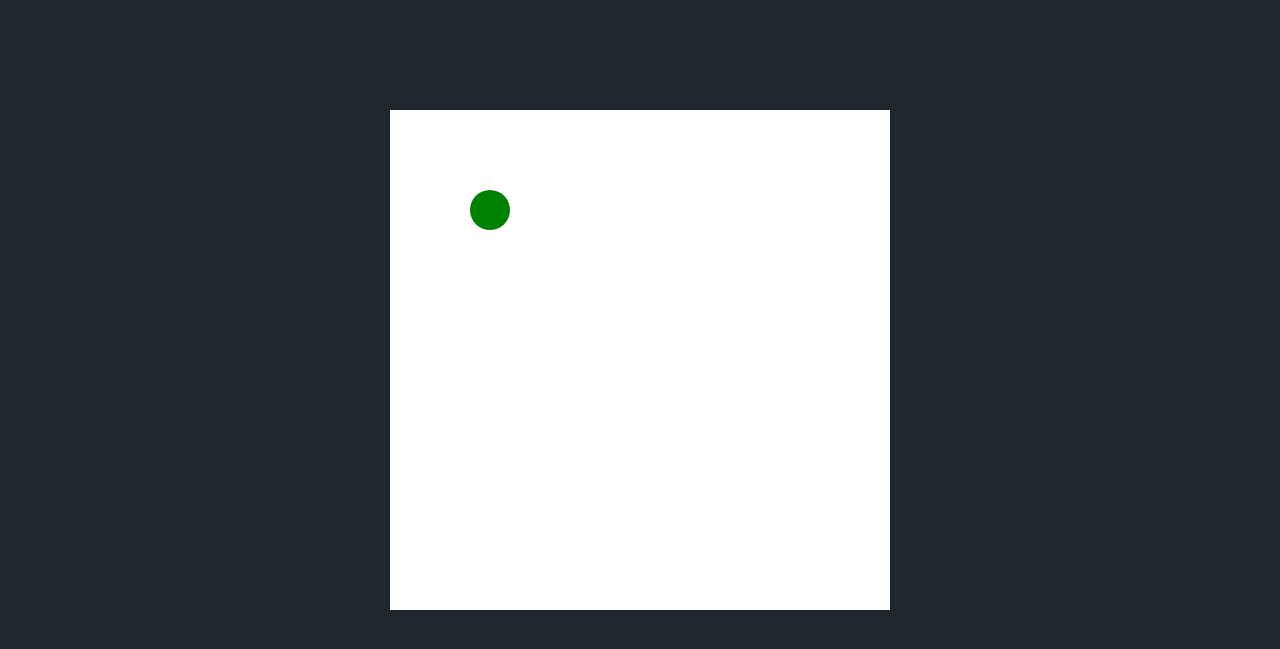
Repository: thecodeholic/cst-javascript-course
Page: /
The author's editor kept a copy of each file at every save. The page is drawn from the files as they stood at one save, then again after a run of saves.
The browser window is 1280 px wide. The pictures show the whole page.
The project was rebuilt for these pictures with package versions that can differ from the ones it lists, and the page was loaded fresh each time.

Above is the page before, as saved 2020-11-25 10:15:41.

### index.html
<!doctype html>
<html lang="en">
  <head>
    <!-- Required meta tags -->
    <meta charset="utf-8">
    <meta name="viewport" content="width=device-width, initial-scale=1, shrink-to-fit=no">

    <!-- Bootstrap CSS -->
    <link rel="stylesheet" href="https://stackpath.bootstrapcdn.com/bootstrap/4.5.2/css/bootstrap.min.css" integrity="sha384-JcKb8q3iqJ61gNV9KGb8thSsNjpSL0n8PARn9HuZOnIxN0hoP+VmmDGMN5t9UJ0Z" crossorigin="anonymous">

    <title>Javascript Course</title>

    <link rel="stylesheet" href="app.css">
  </head>
  <body>
    <canvas id="myCanvas" width="500" height="500">Your browser does not support canvas</canvas>
    <script src="app.js"></script>
    <!-- <script src="homework.js"></script> -->
  </body>
</html>

### app.css
* {
    box-sizing: border-box;
}
html {
    height: 100%;
}

body {
    background-color: rgb(31, 38, 48);
    display: flex;
    align-items: center;
    justify-content: center;
    height: 100%;;
}

canvas {
    background-color: #FFF;

}

### app.js
// What is canvas?
// https://developer.mozilla.org/en-US/docs/Web/API/Canvas_API/Tutorial
// https://www.w3schools.com/html/html5_canvas.asp
// https://www.w3schools.com/graphics/canvas_intro.asp
// https://www.w3schools.com/graphics/canvas_reference.asp
// https://developer.mozilla.org/en-US/docs/Web/API/Canvas_API

// How to create it and use it
const canvas = document.getElementById('myCanvas');
const ctx = canvas.getContext('2d');

// // Draw rectangles
// // =================
// // fillRect
// ctx.fillStyle = 'blue';
// ctx.fillRect(50, 50, 100, 50);
// ctx.fillStyle = 'red';
// ctx.fillRect(50, 150, 100, 50)

// // strokeRect
// ctx.strokeStyle = 'green';
// ctx.lineWidth = 4;
// ctx.strokeRect(200, 50, 100, 50);

// // clearRect
// ctx.clearRect(55, 55, 90, 40);

// // fillText
// ctx.font = '36px Arial';
// ctx.fillStyle = 'purple';
// ctx.fillText("Hello World", 200, 200)

// // strokeText
// ctx.lineWidth = 1;
// ctx.strokeText("Hello World", 200, 250);

// // Paths   beginPath, moveTo, lineTo, closePath, stroke, fill
// // ==============
// ctx.beginPath();
// ctx.moveTo(200, 300);
// ctx.lineTo(300, 300);
// ctx.lineTo(300, 400);
// ctx.closePath();
// ctx.stroke();

// // Arcs
// // ====================
// ctx.beginPath();
// ctx.lineWidth = 4;
// ctx.arc(100, 300, 50, 0, 2 * Math.PI);
// ctx.stroke();

// ctx.beginPath();
// ctx.moveTo(75, 25);
// ctx.quadraticCurveTo(25, 25, 25, 62.5);
// ctx.quadraticCurveTo(25, 100, 50, 100);
// ctx.quadraticCurveTo(50, 120, 30, 125);
// ctx.quadraticCurveTo(60, 120, 65, 100);
// ctx.quadraticCurveTo(125, 100, 125, 62.5);
// ctx.quadraticCurveTo(125, 25, 75, 25);
// ctx.stroke();

// Draw image
// ====================
// const image = new Image();
// image.src = 'char.png';
// image.onload = function() {
//     canvas.width = 100;
//     canvas.height = 100;
//     ctx.drawImage(image, 0, 0);
//     const data = ctx.getImageData(130, 130, 30, 30);
//     console.log(data);
//     ctx.putImageData(data, 200, 200);
// }

// Write text
// ====================

// Ball animation
const ball = {
    x: 100,
    y: 100,
    r: 20,
    speed: 5
};
ctx.beginPath();
ctx.arc(ball.x, ball.y, ball.r, 0, 2 * Math.PI);
ctx.fillStyle = 'green'
ctx.fill();


function update() {
    console.log("123")

    requestAnimationFrame(update);
}

Loaded but not shown: src/index.js (no copy from this time; the picture is the same without it)

After the next 2 saves:
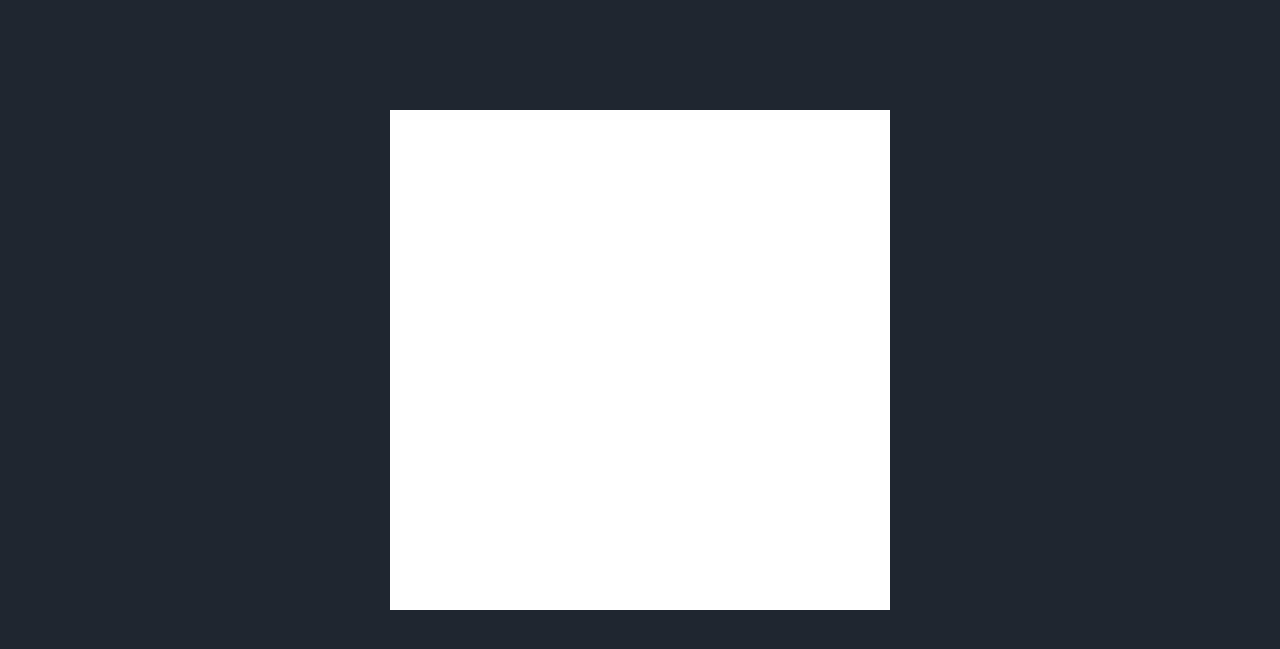
The 2 saves are shown as one change because they came seconds apart.
The last was saved 12 s later.
--- a/app.js
+++ b/app.js
@@ -83,14 +83,14 @@ const ball = {
     r: 20,
     speed: 5
 };
-ctx.beginPath();
-ctx.arc(ball.x, ball.y, ball.r, 0, 2 * Math.PI);
-ctx.fillStyle = 'green'
-ctx.fill();
 
 
 function update() {
-    console.log("123")
+    console.log("123");
+    ctx.beginPath();
+    ctx.arc(ball.x, ball.y, ball.r, 0, 2 * Math.PI);
+    ctx.fillStyle = 'green'
+    ctx.fill();
 
     requestAnimationFrame(update);
 }
